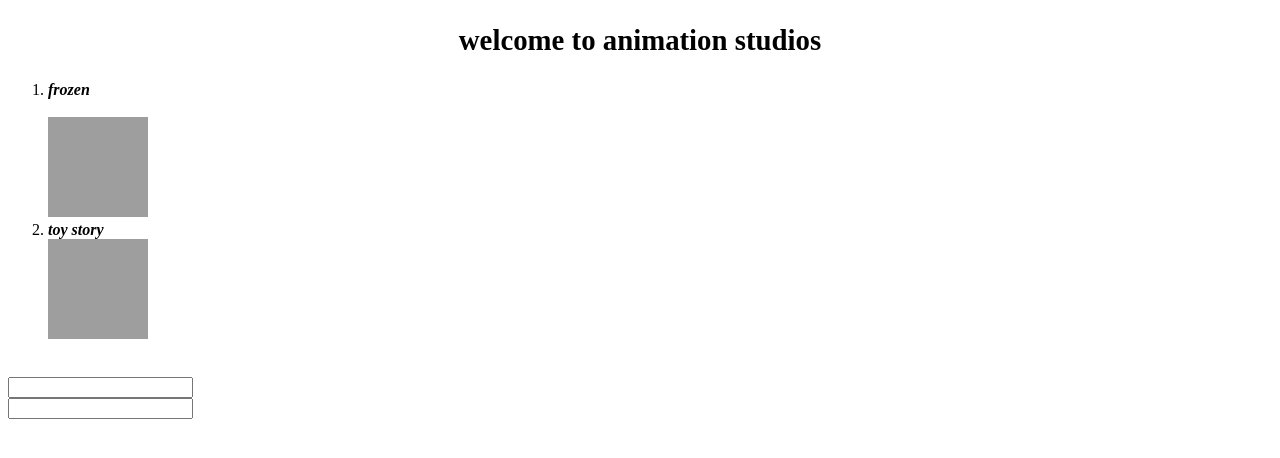
Repository: Rock-ass/New-folder--2-
Page: index.html
The author's editor kept a copy of each file at every save. The page is drawn from the files as they stood at one save, then again after a run of saves.
The browser window is 1280 px wide. The pictures show the whole page.
Pictures or frames that could not be fetched are drawn as grey boxes.

Above is the page before, as saved 2021-12-24 21:33:48.

### index.html
<!DOCTYPE html>
<html lang="en">
    <html>
<head>
<meta charset="UTF-8">
<meta name="viewport" content="width=device-width, initial-scale=1.0">
<meta name= disney content="disney fan club">
<title> disney</title>
</head>
<body>
   <main>
   <section>
<big><h1 style="text-align: center;">welcome to animation studios</h1></big>

<ol>
<li>
   <strong><i>frozen</i></strong>

</li>
<br>
<img id:"img1"  src ="https://i.pinimg.com/originals/57/70/b2/5770b24cdb30423f5d6070719b9b01fb.jpg"  width="100" height="100" alt="frozen">
<style>
    img1{



    }

</style>
<br>

<li>
    <strong> <i>toy story</i> </strong>
    <br>
    <img id:"img2"  src ="https://m.media-amazon.com/images/M/MV5BMTgxOTY4Mjc0MF5BMl5BanBnXkFtZTcwNTA4MDQyMw@@._V1_FMjpg_UX1000_.jpg"  width="100" height="100" alt="frozen">
    <style>
        img2{



        }

    </style>
</li>
<br>






</ol>
<form action="results.html" method="get">
    <div>
<input type="name"  >
</div>
<div>
    <label>
<input type="email" >
</label>
</div>

</form>


   </section>








   </main>






</body>





















    </html>

After the next 5 saves:
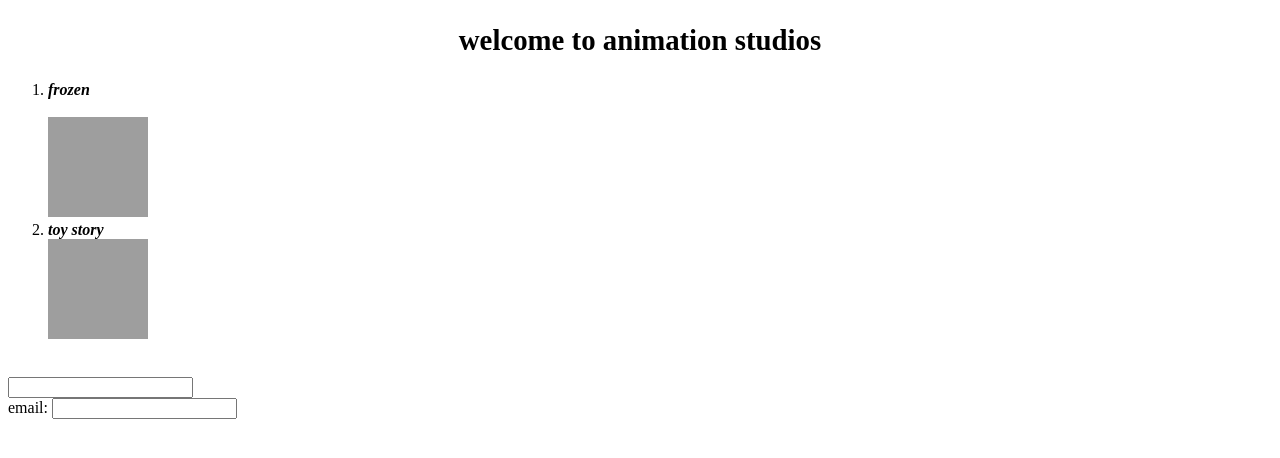
The 5 saves are shown as one change because they came seconds apart.
The last was saved 14 s later.
--- a/index.html
+++ b/index.html
@@ -52,10 +52,11 @@
 </ol>
 <form action="results.html" method="get">
     <div>
+        <label for=""></label>
 <input type="name"  >
 </div>
 <div>
-    <label>
+    <label>email:
 <input type="email" >
 </label>
 </div>
